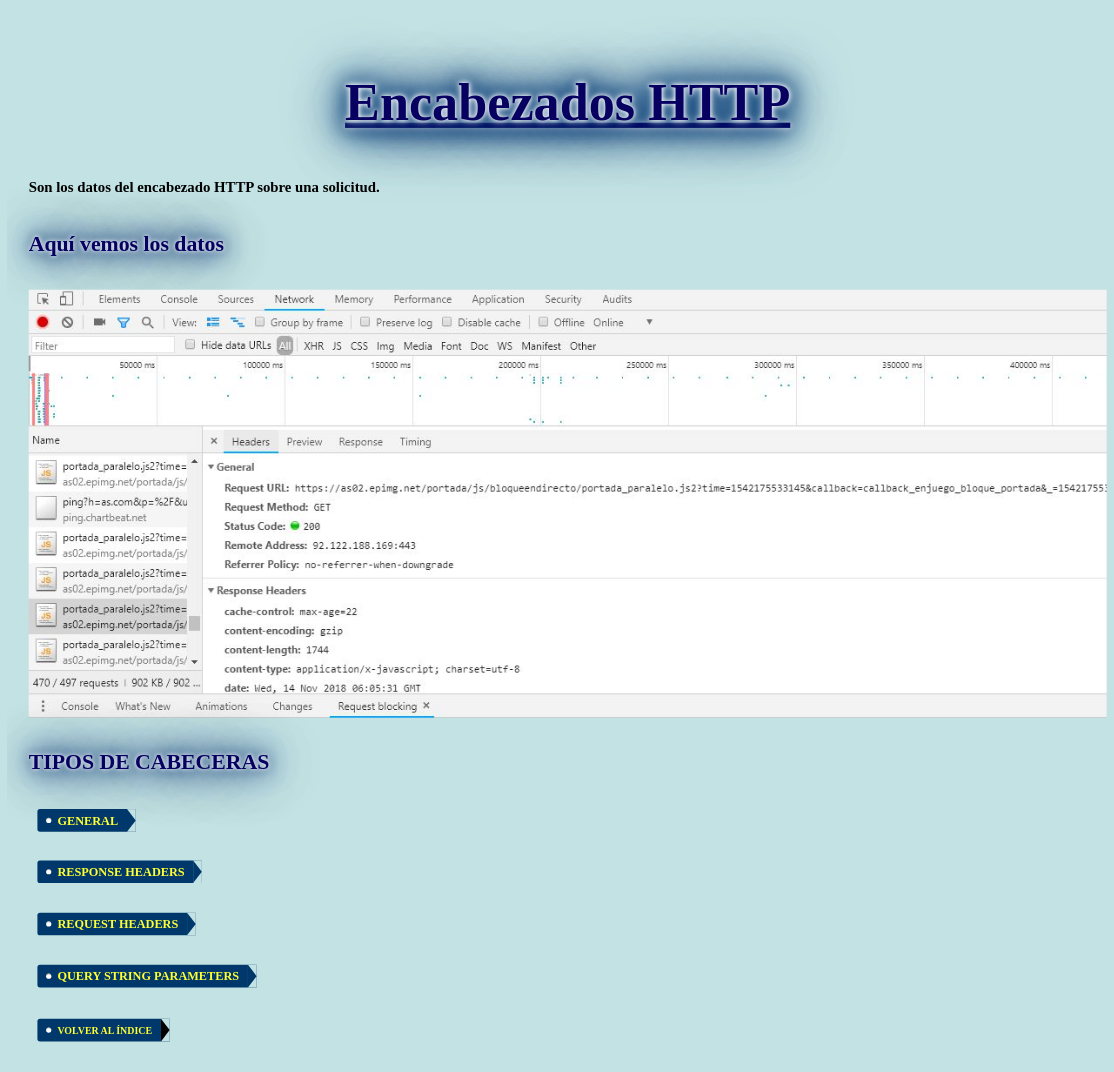
Repository: VictorinoBF97/HerramientasDesarollo
Page: headers.html
An editor plug-in stored every save of this project. The page is shown before and after the next save, followed by the edit.
The browser window is 1280 px wide. The pictures show the whole page, at 87% of full size.

Above is the page before, as saved 2018-12-09 09:20:23.
Not found: main.js

### headers.html
<!DOCTYPE html>
<html>
<head>
    <meta charset="utf-8" />
    <meta http-equiv="X-UA-Compatible" content="IE=edge">
    <title>Encabezados HTTP</title>
    <meta name="viewport" content="width=device-width, initial-scale=1">
    <link rel="stylesheet" type="text/css" media="screen" href="./css/styles.css" />
    <script src="main.js"></script>
    <link href="./iconoPestaña/images/iconoPestaña.png" rel="shortcut icon" type="image/x-icon" />
</head>
<body>
        <h1><u>Encabezados HTTP</u></h1>
        <p>Son los datos del encabezado HTTP sobre una solicitud.</p>
            <h4>Aquí vemos los datos</h4>
                <img src="./images/encabezado.JPG" />
        <h3>TIPOS DE CABECERAS</h3>
            <h5><a href="general.html">GENERAL</a></h5>
            <h5><a href="responseHeaders.html">RESPONSE HEADERS</a></h5>
            <h5><a href="requestHeaders.html">REQUEST HEADERS</a></h5>
            <h5><a href="queryStringParameters.html">QUERY STRING PARAMETERS</a></h5>



        <h6><a href="indice.html" target="_self" class="volver">VOLVER AL ÍNDICE</a></h6>
</body>
</html>

### css/styles.css
@charset "UTF-8";
html {
  background-color: #c2e2e4;
  overflow: auto;
  overflow-x: scroll; }

.titulo {
  text-shadow: 0px 0px 5px #989993;
  border: 10px ridge #1E90FF;
  width: 75%; }

h1 {
  font-size: 60px;
  font-family: 'Futura';
  color: #070061;
  text-shadow: 0 0 5px #fff, 0 0 10px #fff, 0 0 20px #033a75, 0 0 30px #033a75, 0 0 40px #033a75, 0 0 55px #033a75, 0 0 75px #033a75;
  text-align: center; }

h2, h3, h4 {
  font-size: 25px;
  font-family: 'Futura';
  color: #070061;
  text-shadow: 0 0 5px #fff, 0 0 10px #fff, 0 0 20px #033a75, 0 0 30px #033a75, 0 0 10px #033a75, 0 0 55px #033a75, 0 0 75px #033a75; }

body {
  font: 17px/1.5 'PT Sans', serif;
  font-weight: bold;
  overflow: hidden;
  padding-left: 25px;
  padding-top: 25px; }

.indice {
  font-size: 125%; }

a {
  background: rgb(1, 56, 107);
  border-radius: 3px 0 0 3px;
  color: #ffff33;
  display: inline-block;
  height: 26px;
  line-height: 26px;
  padding: 0 20px 0 23px;
  position: relative;
  margin: 10px 10px 0;
  text-decoration: none;
  -webkit-transition: color 0.2s; }

a::before {
  background: #fff;
  border-radius: 10px;
  box-shadow: inset 0 1px rgba(0, 0, 0, 0.25);
  content: '';
  height: 6px;
  left: 10px;
  position: absolute;
  width: 6px;
  top: 10px; }

a::after {
  background: #c2e2e4;
  border-bottom: 13px solid transparent;
  border-left: 10px solid rgb(1, 56, 107);
  border-top: 13px solid transparent;
  content: '';
  position: absolute;
  right: 0;
  top: 0; }

a:hover {
  background-color: rgb(220,20,60);
  color: #ffffff; }

a:hover::after {
  border-left-color: rgb(220,20,60); }

/* VOLVER AL ├ìNDICE */
.volver::after {
  background: #c2e2e4;
  border-bottom: 13px solid transparent;
  border-left: 10px solid black;
  border-top: 13px solid transparent;
  content: '';
  position: absolute;
  right: 0;
  top: 0; }

.volver:hover {
  background-color: rgb(220,20,60);
  color: #ffffff; }

.volver:hover::after {
  border-right-color: rgb(220,20,60); }

/*# sourceMappingURL=styles.css.map */

After the next save:
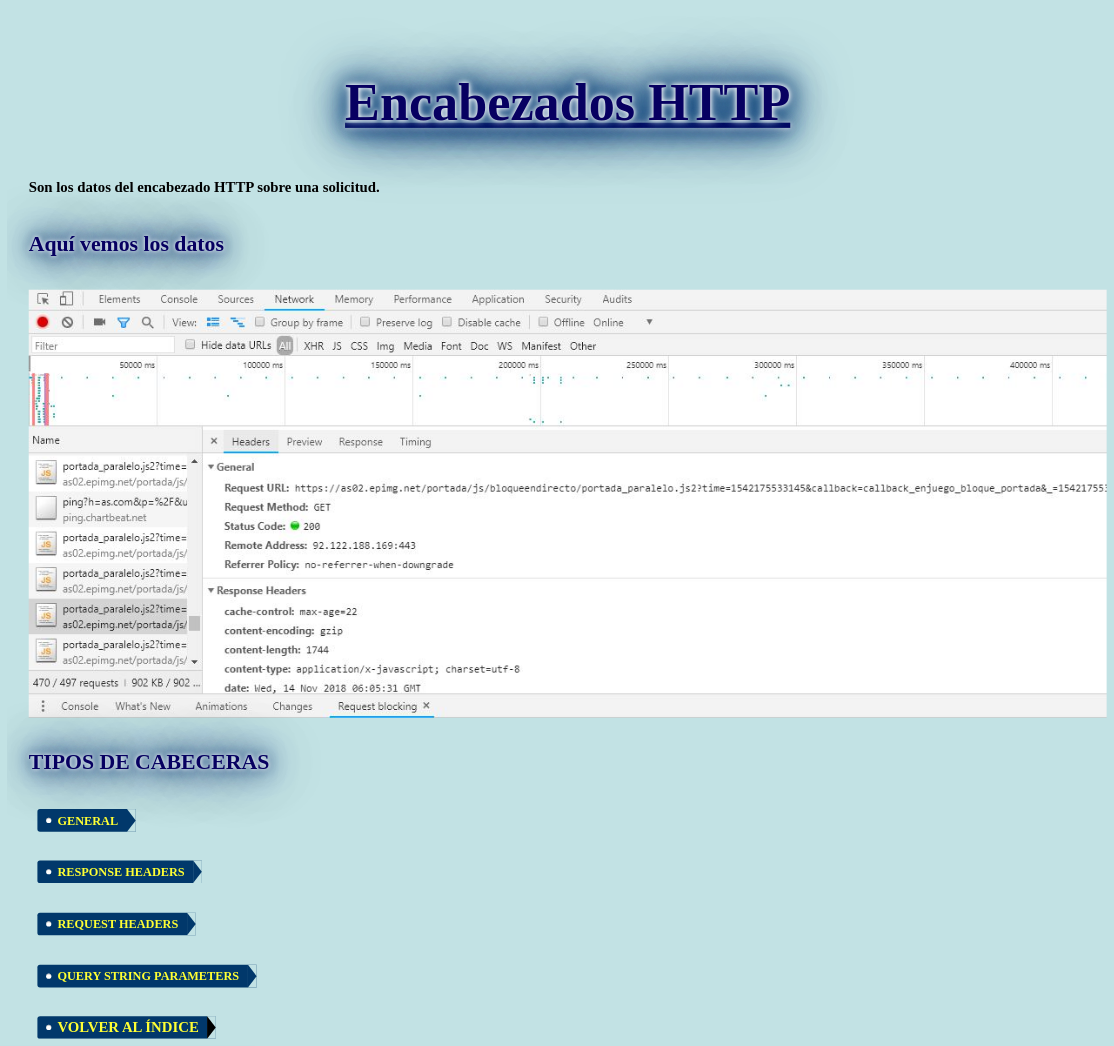
Saved 6 s later.
--- a/headers.html
+++ b/headers.html
@@ -22,6 +22,6 @@
 
 
 
-        <h6><a href="indice.html" target="_self" class="volver">VOLVER AL ÍNDICE</a></h6>
+        <a href="indice.html" target="_self" class="volver">VOLVER AL ÍNDICE</a>
 </body>
 </html>
